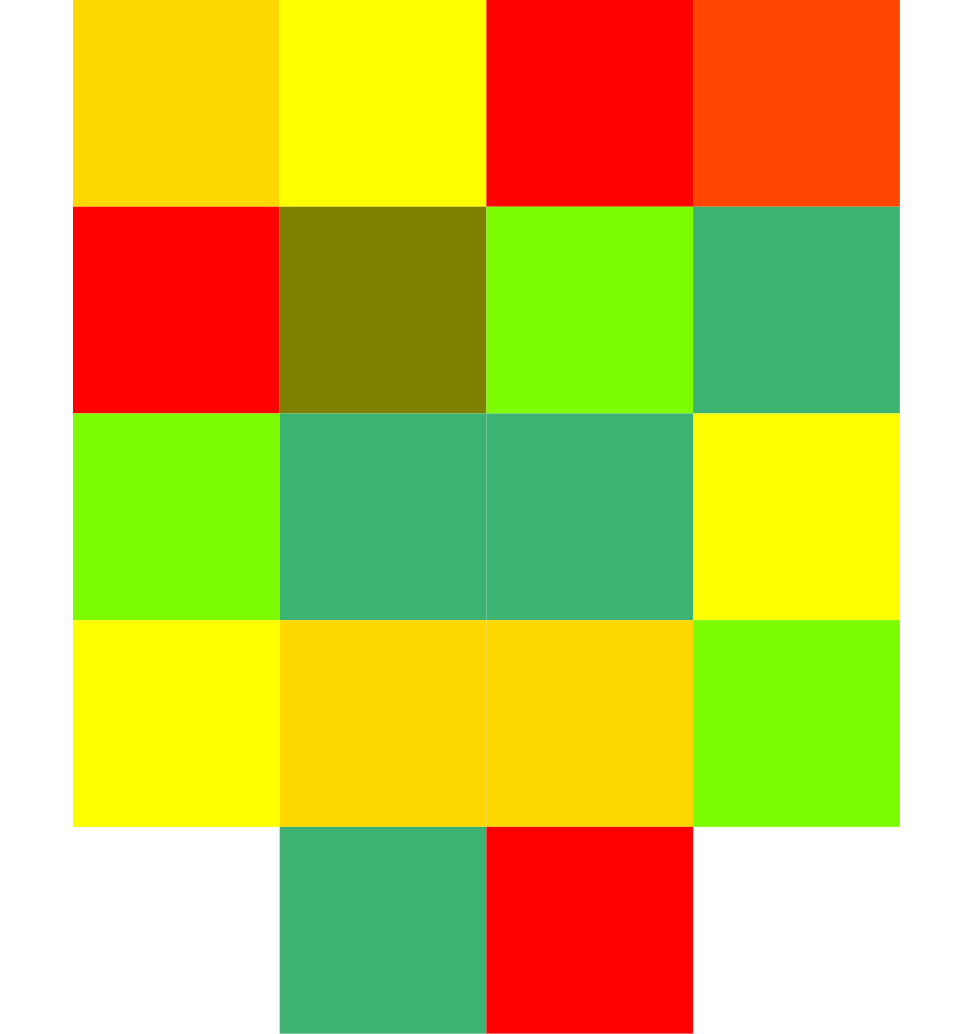
Repository: zhapar/color-boxes
Page: /
The author's editor kept a copy of each file at every save. The page is drawn from the files as they stood at one save, then again after the next save.
The browser window is 1280 px wide. The pictures show the whole page, at 76% of full size.
The project was rebuilt for these pictures with package versions that can differ from the ones it lists, and the page was loaded fresh each time.

Above is the page before, as saved 2020-08-22 22:37:12.

After the next save:
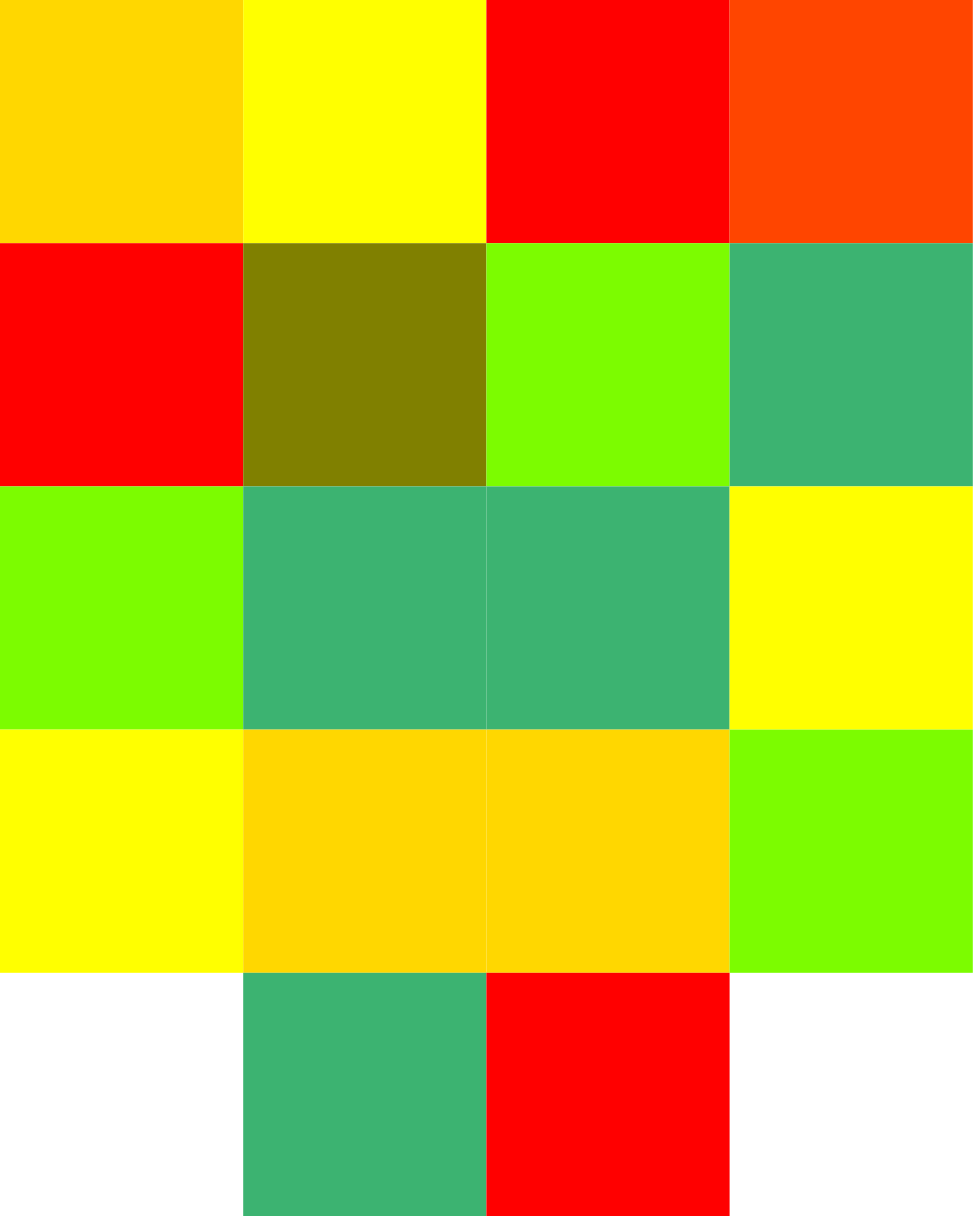
Saved 11 s later.
--- a/src/Box.css
+++ b/src/Box.css
@@ -1,4 +1,4 @@
 .Box {
-  width: 17rem;
-  height: 17rem;
+  width: 20em;
+  height: 20em;
 }
